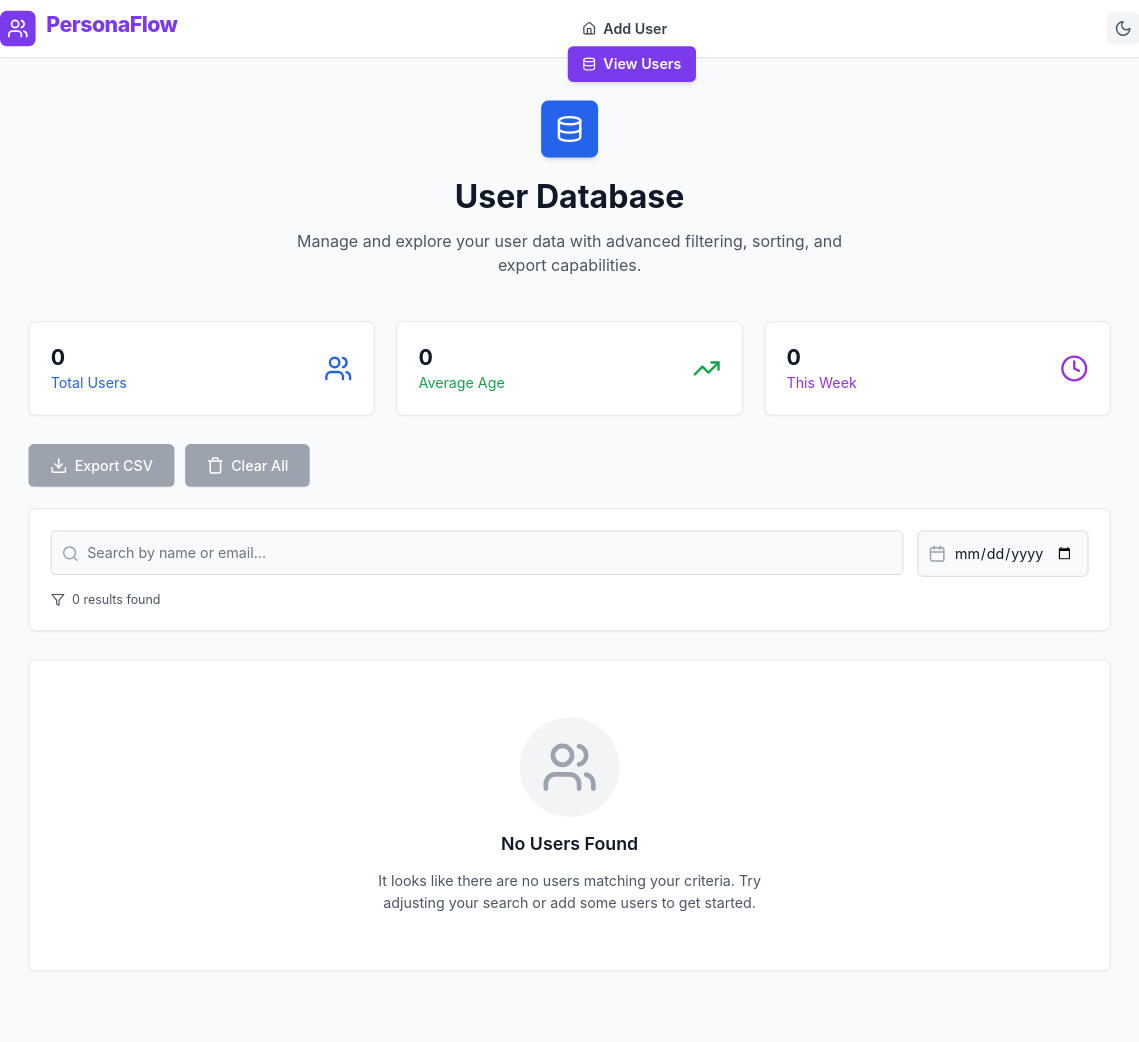
Repository: nikunjagarwal05/PersonaFlow
Page: /view
These files come from the project's save history. The page is drawn as it stood at one moment and after a run of saves; the edit follows.
The browser window is 1280 px wide. The pictures show the whole page, at 89% of full size.
The project was rebuilt for these pictures with package versions that can differ from the ones it lists, and the page was loaded fresh each time. Also part of the build but not shown: vite.config.ts, src/components/Toast.jsx, src/components/UserForm.jsx, src/pages/Home.jsx, src/components/Pagination.jsx, src/pages/About.jsx.

Above is the page before, as saved 2025-06-10 18:25:29.

After the next 2 saves:
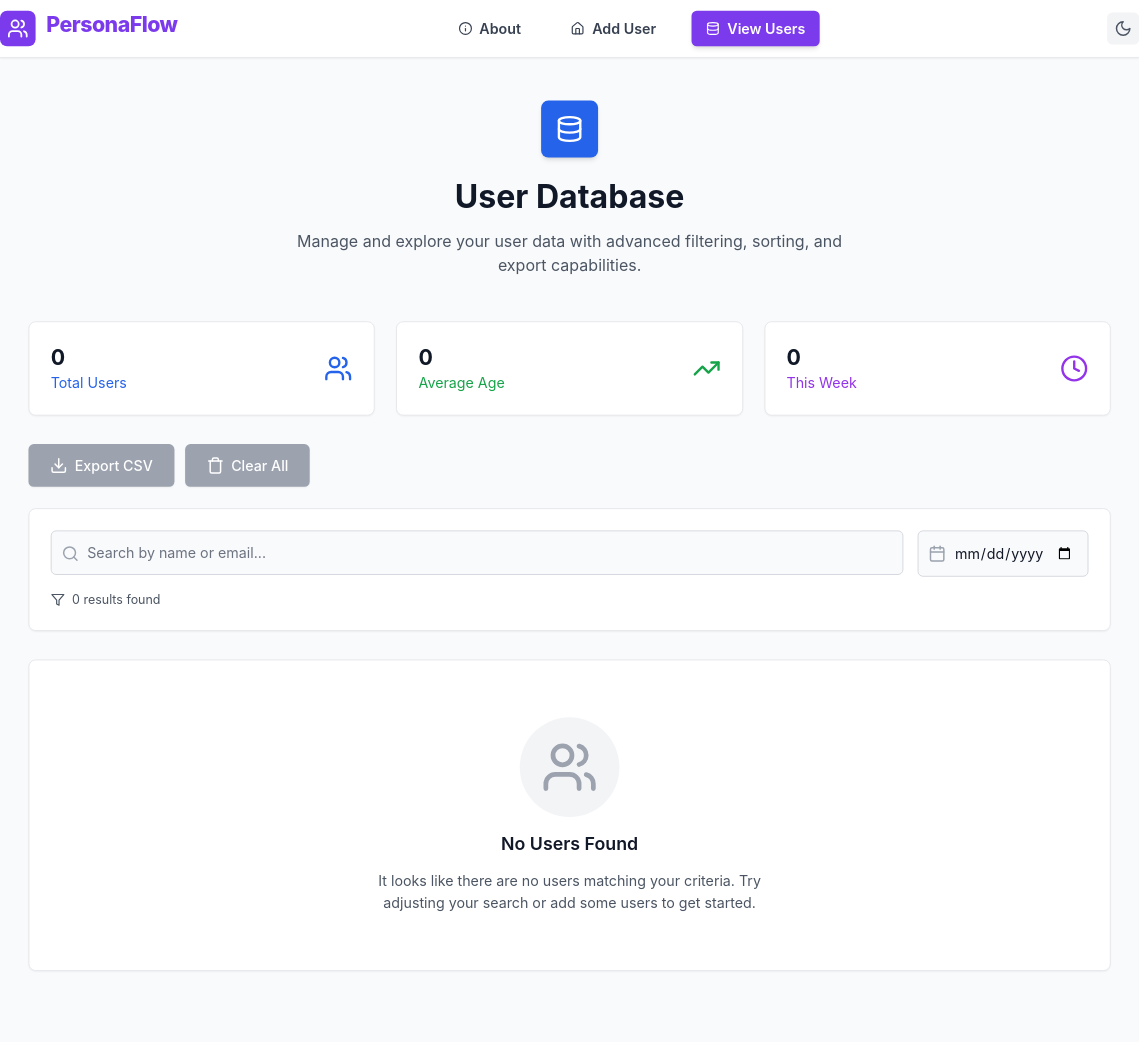
The 2 saves are shown as one change because they came seconds apart.
The last was saved 51 s later.
--- a/src/components/Navbar.jsx
+++ b/src/components/Navbar.jsx
@@ -26,7 +26,6 @@ const Navbar = ({ darkMode, toggleDarkMode }) => {
           {/* Nav Links Centered */}
           <div className="flex-1 flex justify-center">
             <div className="flex items-baseline space-x-6">
-              <div className='hidden lg:block'>
                 <Link
                   to="/"
                   className={`px-4 py-2 rounded-md font-semibold transition-all duration-200 flex items-center space-x-2 ${
@@ -60,7 +59,6 @@ const Navbar = ({ darkMode, toggleDarkMode }) => {
                   <Database className="w-4 h-4" />
                   <span>View Users</span>
                 </Link>
-              </div>
             </div>
           </div>
 
